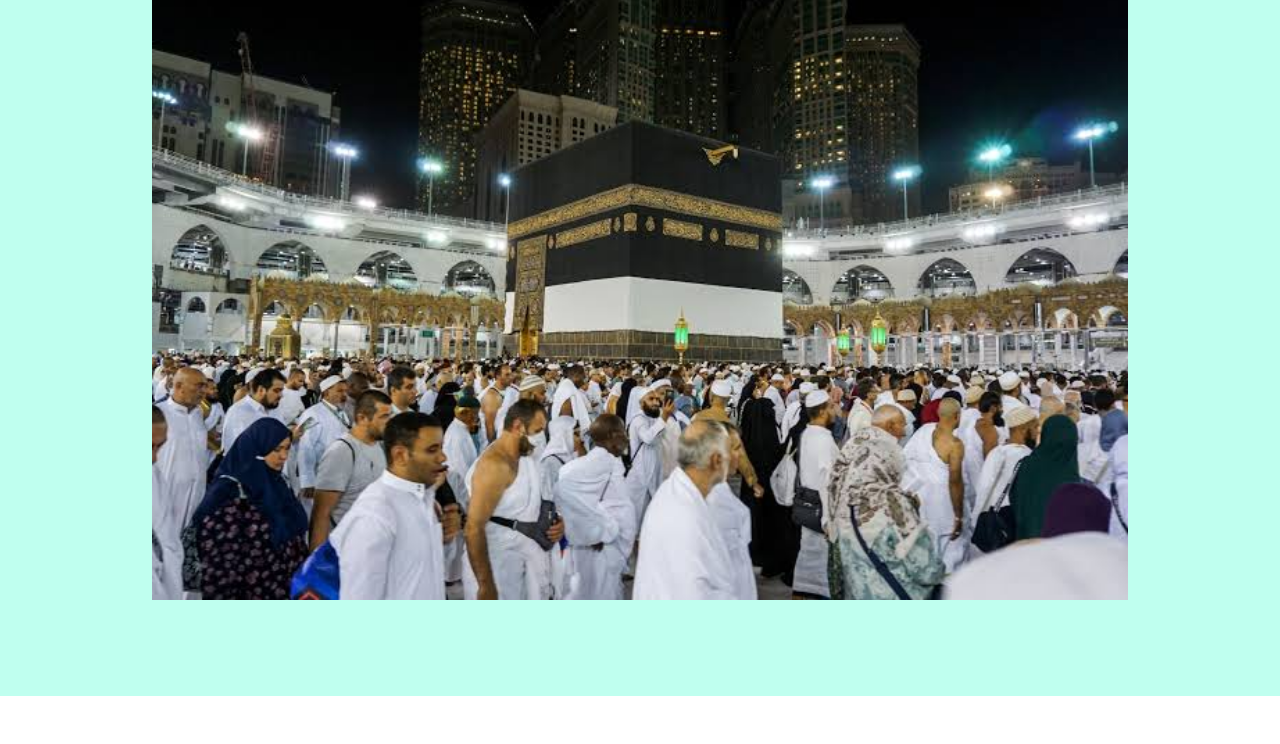
Repository: Putrabobi/Task7
Page: index.html
These files come from the project's save history. The page is drawn as it stood at one moment and after a run of saves; the edit follows.
The browser window is 1280 px wide. The pictures show the part of the page from y = 2674 to 3626 px (the page is 3418 px tall before and 3626 px after).
A picture or video elsewhere on the page could not be fetched, so the positions and the page height are approximate.

Above is the page before, as saved 2024-03-25 13:50:56.

After the next 2 saves:
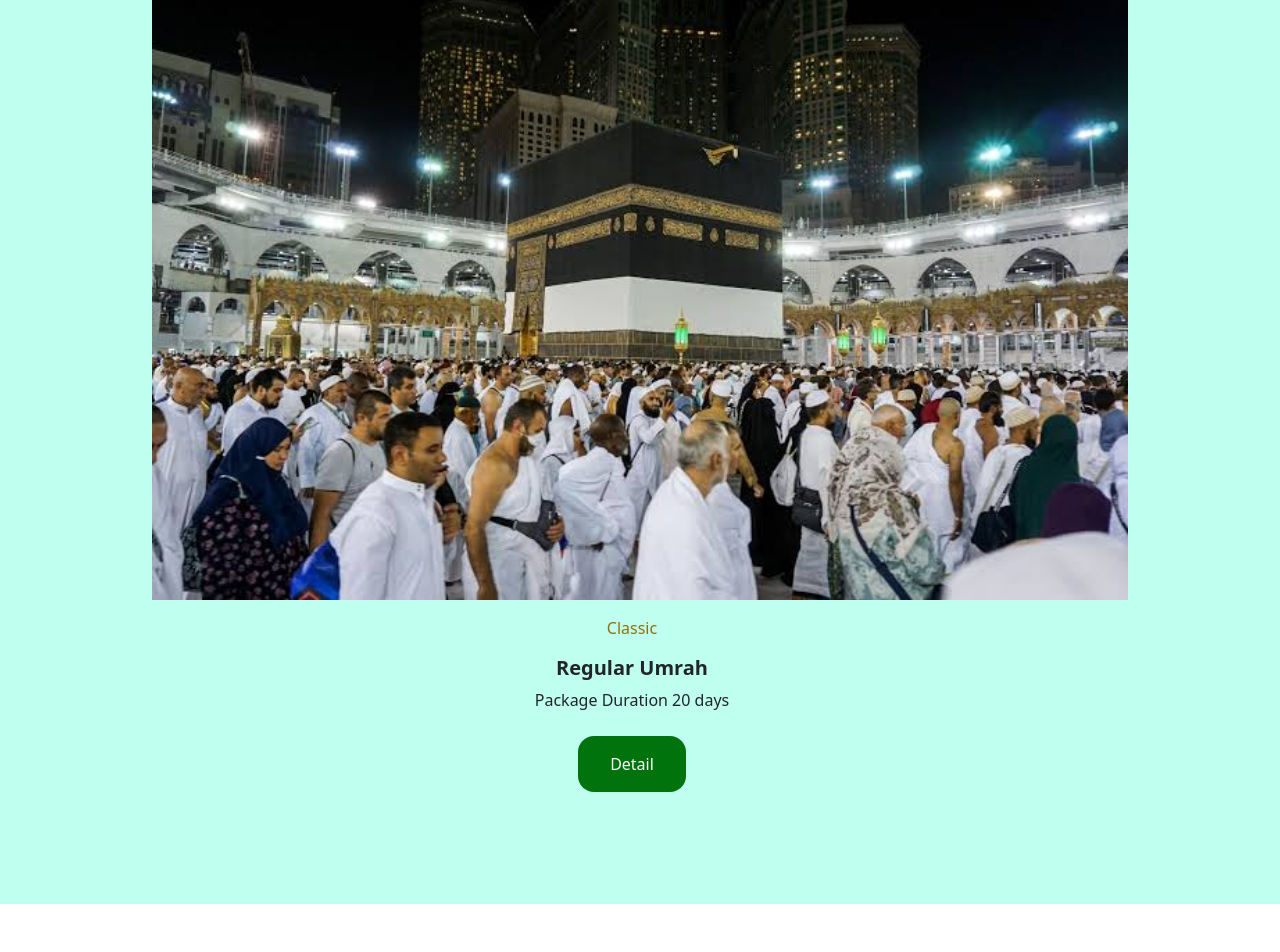
The 2 saves are shown as one change because they came seconds apart.
The last was saved 37 s later.
--- a/index.html
+++ b/index.html
@@ -119,6 +119,13 @@
         <div class="card-group mx-5 pb-5">
             <div class="card mx-2 border-0" style="width: 20rem; background-color: rgb(191, 255, 239);">
                 <img src="images/mekkah1.jpeg" class="card-img-top" alt="mekkah1">
+                <div class="card-body ps-0">
+                    <p class="card-text" style="color: #937009;">Classic</p>
+                    <h5 class="card-title mt-2 fw-bold">Regular Umrah</h5>
+                    <p class="card-text">Package Duration 20 days</p>
+                    <button class="border-0 mt-2 text-light rounded-4 px-4 py-3" style="background-color: #00730c;"><span
+                        class="m-2">Detail</span></button>
+                  </div>
             </div>
         </div>
     </div>
